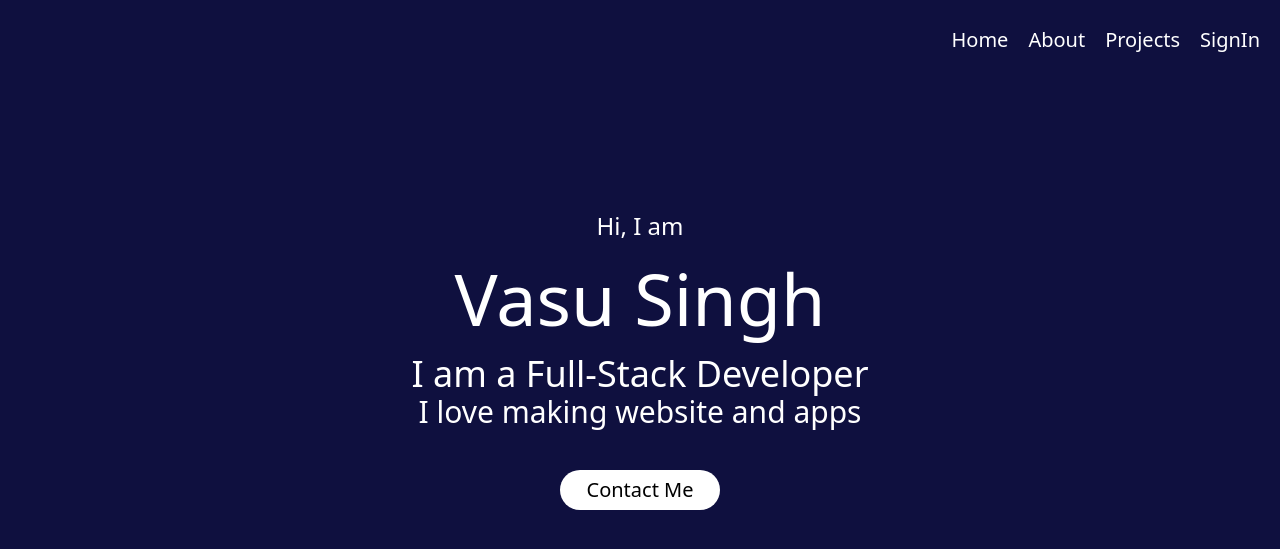
Repository: vasucp1207/vasuDev
Page: /
An editor plug-in stored every save of this project. The page is shown before and after the next save, followed by the edit.
The browser window is 1280 px wide. The pictures show the whole page.
The project was rebuilt for these pictures with package versions that can differ from the ones it lists, and the page was loaded fresh each time. The framework's server and built-in components were replaced by stand-ins that run in the browser. Also part of the build but not shown: next.config.js.

Above is the page before, as saved 2022-07-17 23:28:49.

After the next save:
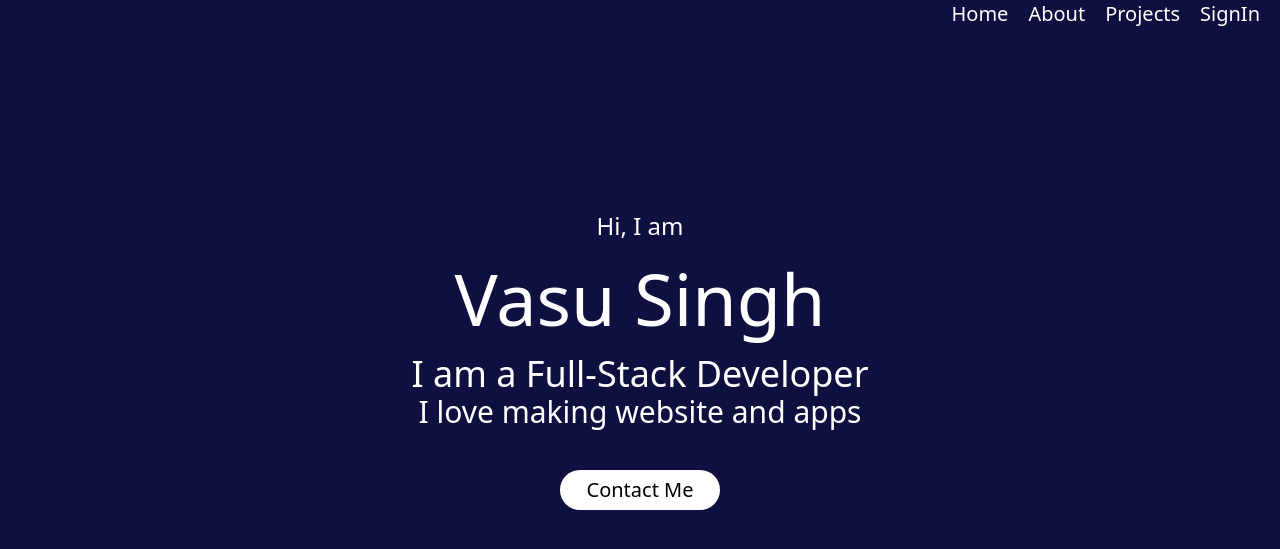
Saved 24 s later.
--- a/pages/Navbar.tsx
+++ b/pages/Navbar.tsx
@@ -3,7 +3,7 @@
 function Navbar() {
   return (
     <div className='h-20 w-screen absolute bg-transparent flex justify-end items-center'>
-        <div className='flex space-x-5 text-xl font-normal mr-5'>
+        <div className='h-full flex space-x-5 text-xl font-normal mr-5'>
             <p className='hover:bg-gray-100 cursor-pointer'>Home</p>
             <p className='hover:bg-gray-100 cursor-pointer'>About</p>
             <p className='hover:bg-gray-100 cursor-pointer'>Projects</p>

After the 2 saves that followed:
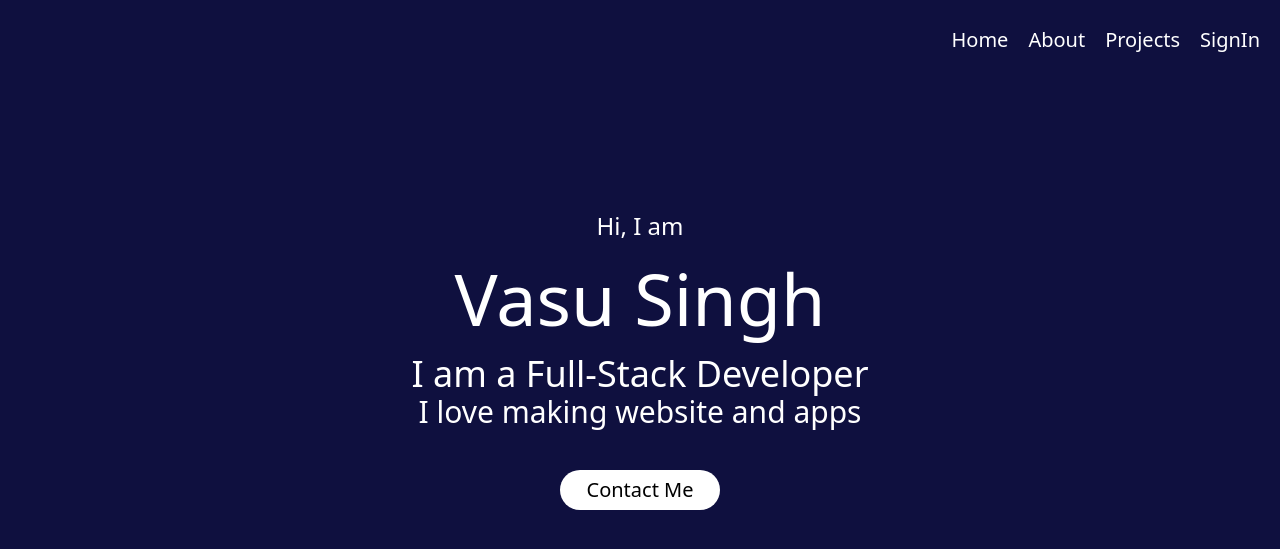
The 2 saves are shown as one change because they came seconds apart.
The last was saved 14 s later.
--- a/pages/Navbar.tsx
+++ b/pages/Navbar.tsx
@@ -3,7 +3,7 @@
 function Navbar() {
   return (
     <div className='h-20 w-screen absolute bg-transparent flex justify-end items-center'>
-        <div className='h-full flex space-x-5 text-xl font-normal mr-5'>
+        <div className='h-full flex space-x-5 text-xl font-normal mr-5 items-center'>
             <p className='hover:bg-gray-100 cursor-pointer'>Home</p>
             <p className='hover:bg-gray-100 cursor-pointer'>About</p>
             <p className='hover:bg-gray-100 cursor-pointer'>Projects</p>
